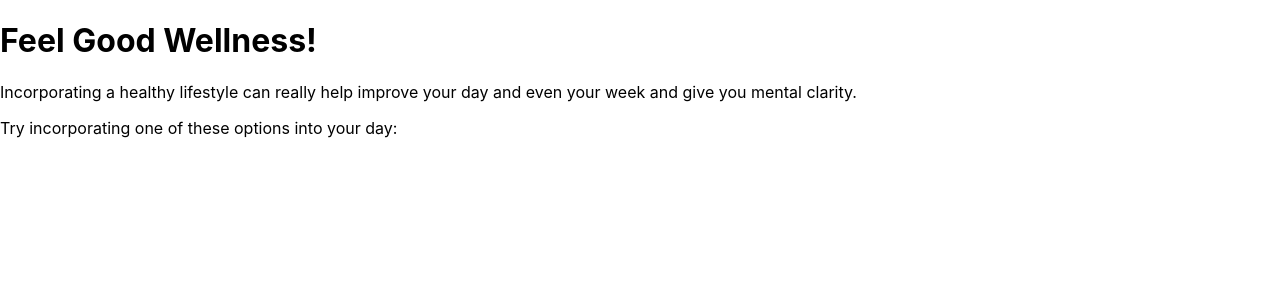
Repository: StashaG/feel-good-wellness
Page: /
These files come from the project's save history. The page is drawn as it stood at one moment and after a run of saves; the edit follows.
The browser window is 1280 px wide. The pictures show the whole page.
The project was rebuilt for these pictures with package versions that can differ from the ones it lists, and the page was loaded fresh each time.

Above is the page before, as saved 2020-12-10 21:39:55.

After the next 4 saves:
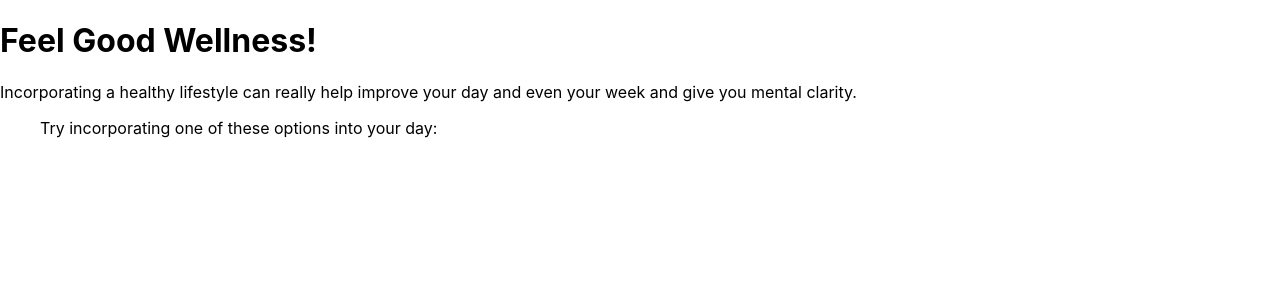
The 4 saves are shown as one change because 2 did not build or start and some came seconds apart.
The last was saved 23 s later.
--- a/src/App.js
+++ b/src/App.js
@@ -9,7 +9,7 @@
           Feel Good Wellness!
         </h1>
         <p>Incorporating a healthy lifestyle can really help improve your day and even your week and give you mental clarity.</p>
-        <p>Try incorporating one of these options into your day:</p>
+        <ul>Try incorporating one of these options into your day:</ul>
       </div>
     );
   }
